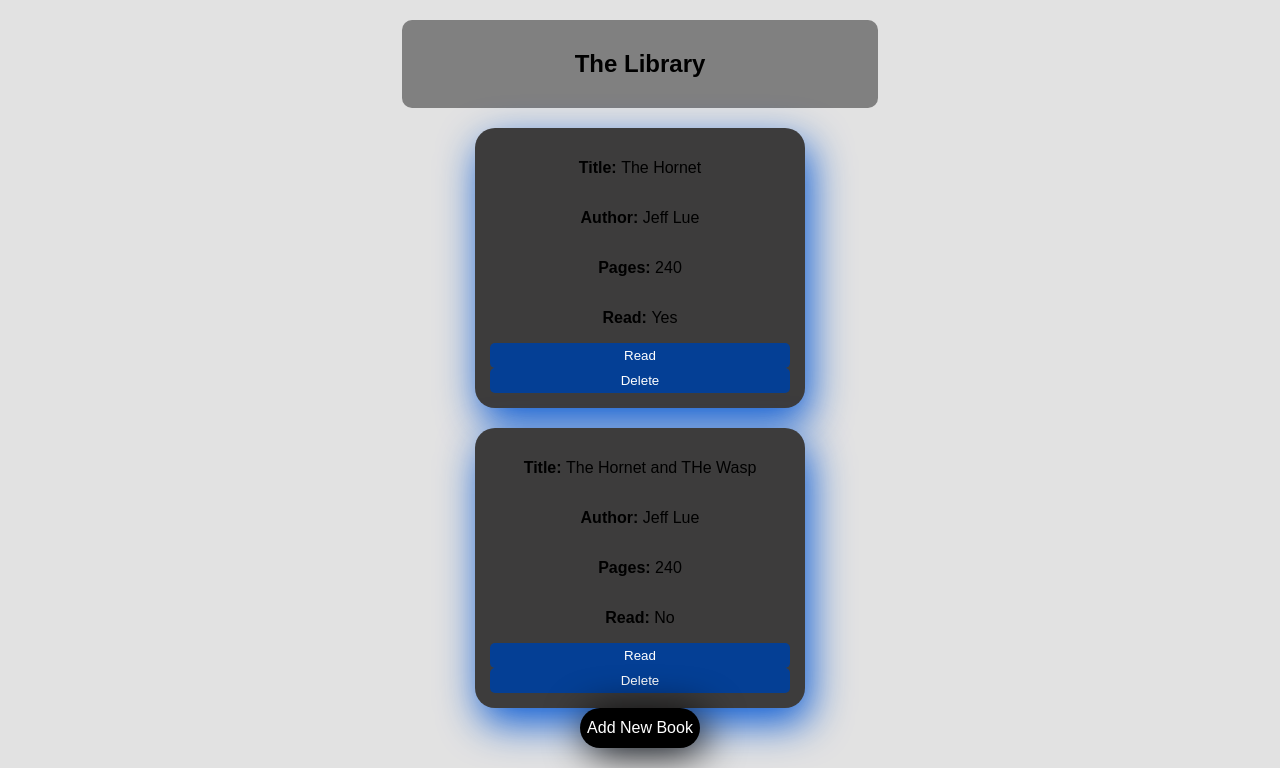
Repository: ErvinClay13/Library
Page: index.html
These files come from the project's save history. The page is drawn as it stood at one moment and after the next save; the edit follows.
The browser window is 1280 px wide. The pictures show the whole page.

Above is the page before, as saved 2025-01-11 04:58:46.

### index.html
<!DOCTYPE html>
<html lang="en">
<head>
    <meta charset="UTF-8">
    <meta name="viewport" content="width=device-width, initial-scale=1.0">
    <link rel="stylesheet" href="style.css">
    <link
      rel="icon"
      type="image/png"
      sizes="32x32"
      href="images/myLogo.png"
    />
    <title>The Library</title>
</head>
<body>
    <div class="container">
        <div class="heading">
            <h2>The Library</h2>
        </div>

            <div class="content" id="content"></div>

            <dialog id="myDialog">
                <div class="input">
                <form method="dialog" id="form">
                    <label for="title">Title</label>
                    <input type="text"
                           id="title"
                           name="title"
                           required>

                    <label for="author">Author</label>
                    <input type="text"
                           id="author"
                           name="author"
                           required>

                    <label for="pages">Pages</label>
                    <input type="number"
                           id="pages"
                           name="pages"
                           required>

                    <label for="read">Read</label>
                    <input type="checkbox"
                           name="read"
                           id="isRead">

                    <button type="submit" id="submit">Submit</button>
                    <div class="cancel" id="cancel">Cancel</div>


                </form>
            </div>
        </dialog>
        <footer><button id="addBook">Add New Book</button></footer>
    </div>

    <script src="script.js"></script>
</body>
</html>

### style.css
body {
    display: flex;
    justify-content: center;
    align-items: center;
    flex-direction: column;
    /* background-color: white; */
    background-color: rgb(226, 226, 226);
    margin: 0;
    font-family: Arial, sans-serif;
}

.container {
    display: flex;
    flex-direction: column;
    align-items: center;
    padding: 20px;
}

.heading {
    display: flex;
    justify-content: space-between;
    justify-content: center;
    background-color: gray;
    /* background-color: #42669df5; */
    /* box-shadow: 5px 5px 40px #0055d4f5; */
    width: 100%;
    max-width: 800px;
    padding: 10px 20px;
    border-radius: 10px;
    margin-bottom: 20px;
}

#addBook {
    /* background-color: #03409af5; */
    background-color: black;
    box-shadow: 5px 5px 40px black;
    height: 40px;
    width: 120px;
    border-radius: 20px;
    border: none;
    font-size: 16px;
    color: white;
    cursor: pointer;
}

#addBook:hover {
    transform: scale(1.1);
    box-shadow: 2px 5px 40px black;
}

#content {
    display: flex;
    flex-wrap: wrap;
    gap: 20px;
    justify-content: center;
    width: 100%;
}

.card {
    display: flex;
    flex-direction: column;
    justify-content: space-between;
    text-align: center;
    border-radius: 20px;
    padding: 15px;
    /* background-color: #42669df5; */
    background-color: rgb(61, 60, 60);
    width: 100%;
    max-width: 300px;
    box-shadow: 5px 15px 40px #0055d4f5;
}

.card-details {
    margin-bottom: 10px;
}

.card-buttons {
    display: flex;
    justify-content: space-between;
    gap: 10px;
}

.read, .delete {
    flex: 1;
    padding: 5px 10px;
    border: none;
    border-radius: 5px;
    color: white;
    background-color: #03409af5;
    cursor: pointer;
}

.read:hover, .delete:hover {
    background-color: #254a81f5;
}

.read:active, .delete:active {
    background-color: #42669df5;
}

dialog {
    background-color: #fefefe;
    padding: 20px;
    border: none;
    border-radius: 10px;
    box-shadow: 0px 5px 15px rgba(0, 0, 0, 0.5);
}

form {
    display: flex;
    flex-direction: column;
    gap: 10px;
}

input[type="text"], input[type="number"] {
    padding: 5px;
    border-radius: 5px;
    border: 1px solid #ccc;
}

button {
    cursor: pointer;
}

/* Responsive Styles */
@media (max-width: 768px) {
    .heading {
        flex-direction: column;
        align-items: center;
    }

    #content {
        gap: 15px;
    }

    .card {
        max-width: 100%;
    }
}

### script.js
const dialog = document.getElementById('myDialog');
const form = document.getElementById('form');
const content = document.getElementById('content');
const submit = document.getElementById('submit');
const addBook = document.getElementById('addBook');
const cancel = document.getElementById('cancel');

const myLibrary = [];

const theHornet = new Book('The Hornet', 'Jeff Lue', 240, true);
const theHornetAndTheWasp = new Book('The Hornet and THe Wasp', 'Jeff Lue', 240, false);

myLibrary.push(theHornet);
myLibrary.push(theHornetAndTheWasp);


function Book(title, author, pages, read) {
    this.title = title;
    this.author = author;
    this.pages = pages;
    this.read = read;
}

Book.prototype.info = function() {
    return `${this.title} ${this.author} ${this.pages} ${this.read}`;
}


Book.prototype.toggleRead = function() {
    this.read = !this.read;
}



addBook.addEventListener("click", () => {
    dialog.showModal();
});

cancel.addEventListener("click", () => {
    dialog.close();
});

submit.addEventListener("click", (event) => {
    event.preventDefault();

    const title = document.getElementById('title').value;
    const author = document.getElementById('author').value;
    const pages = document.getElementById('pages').value;
    const read = document.getElementById('isRead').checked;

    const newBook = new Book(title, author, pages, read);
    myLibrary.push(newBook);

    form.reset();
    showBooks();
    dialog.close();
});

function showBooks() {

    content.innerHTML = '';

    myLibrary.forEach((book, index) => {                   //going through the array myLibrary
        const card = document.createElement('div');        //creating a new card for each book created through the modal
        card.classList.add('card');                        //adding card to the class

        card.innerHTML =                                      //creating the text that will be displayed on the card
            `<p><strong>Title: </strong>${book.title}</p>
             <p><strong>Author: </strong>${book.author}</p>
             <p><strong>Pages: </strong>${book.pages}</p>
             <p><strong>Read: </strong>${book.read ? 'Yes' : 'No'}</p>`;   //using the user input to create the new book on the card

        const deleteBtn = document.createElement('button');
        deleteBtn.classList.add('delete');
        deleteBtn.textContent = ('Delete');

        deleteBtn.addEventListener("click", () => {
            myLibrary.splice(index, 1);
            showBooks();
        });

        const read = document.createElement('button');
        read.classList.add('read');
        read.textContent = ('Read');

        read.addEventListener("click", () => {
            book.toggleRead();
            showBooks();
        });

        card.appendChild(read);
        card.appendChild(deleteBtn);
        content.appendChild(card);


    })
}

showBooks();

After the next save:
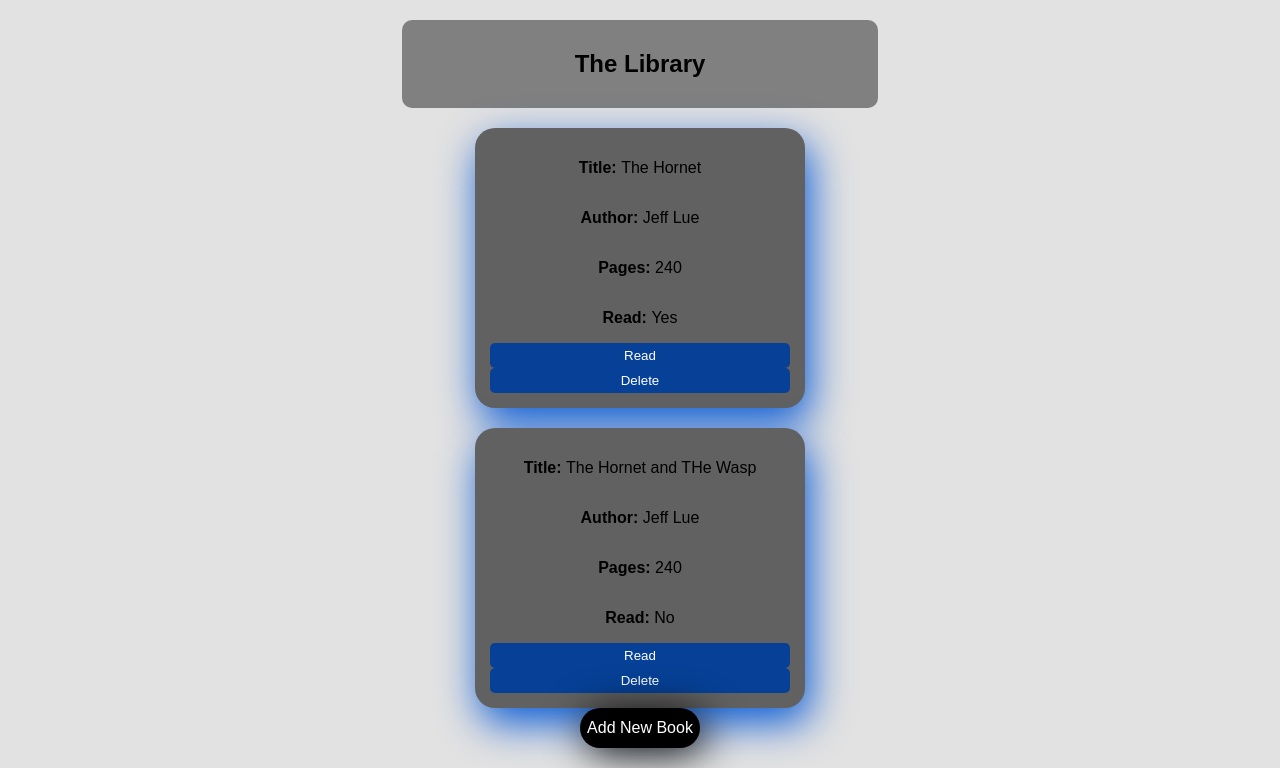
Saved 5 s later.
--- a/style.css
+++ b/style.css
@@ -64,7 +64,7 @@ body {
     border-radius: 20px;
     padding: 15px;
     /* background-color: #42669df5; */
-    background-color: rgb(61, 60, 60);
+    background-color: rgb(97, 97, 97);
     width: 100%;
     max-width: 300px;
     box-shadow: 5px 15px 40px #0055d4f5;
